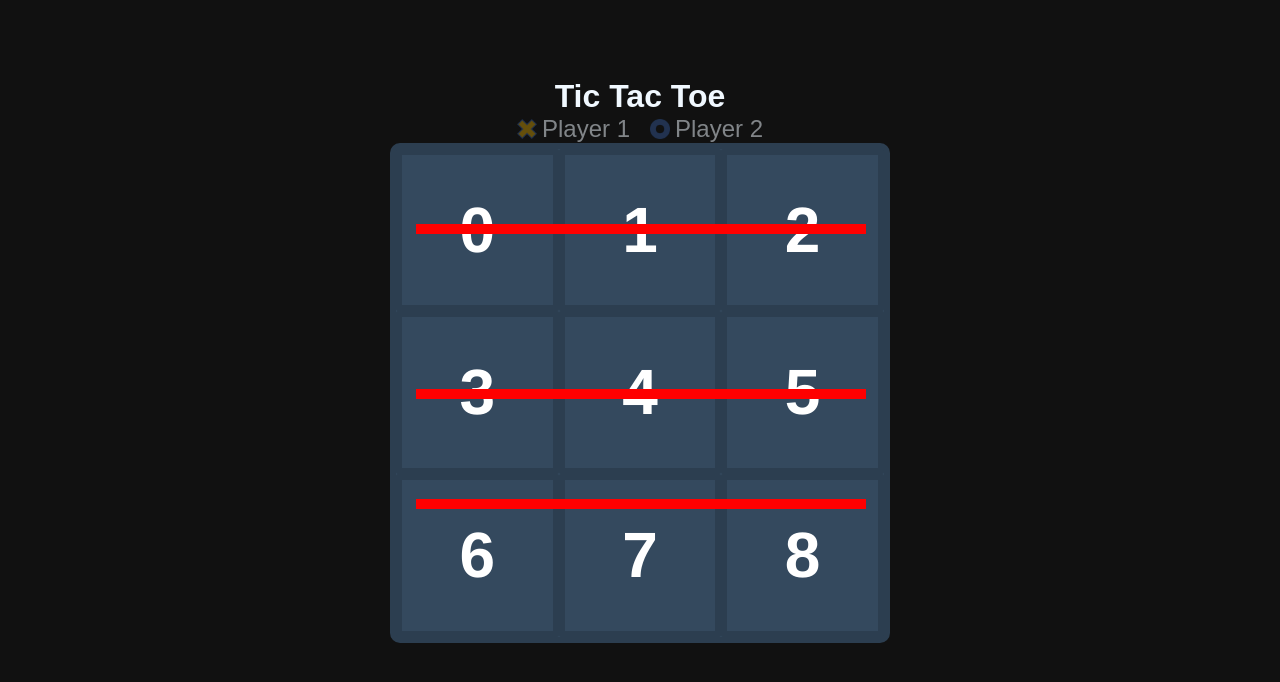
Repository: richardlieknis/tictactoe
Page: index.html
The author's editor kept a copy of each file at every save. The page is drawn from the files as they stood at one save, then again after the next save.
The browser window is 1280 px wide. The pictures show the whole page.

Above is the page before, as saved 2022-12-08 14:33:27.

After the next save:
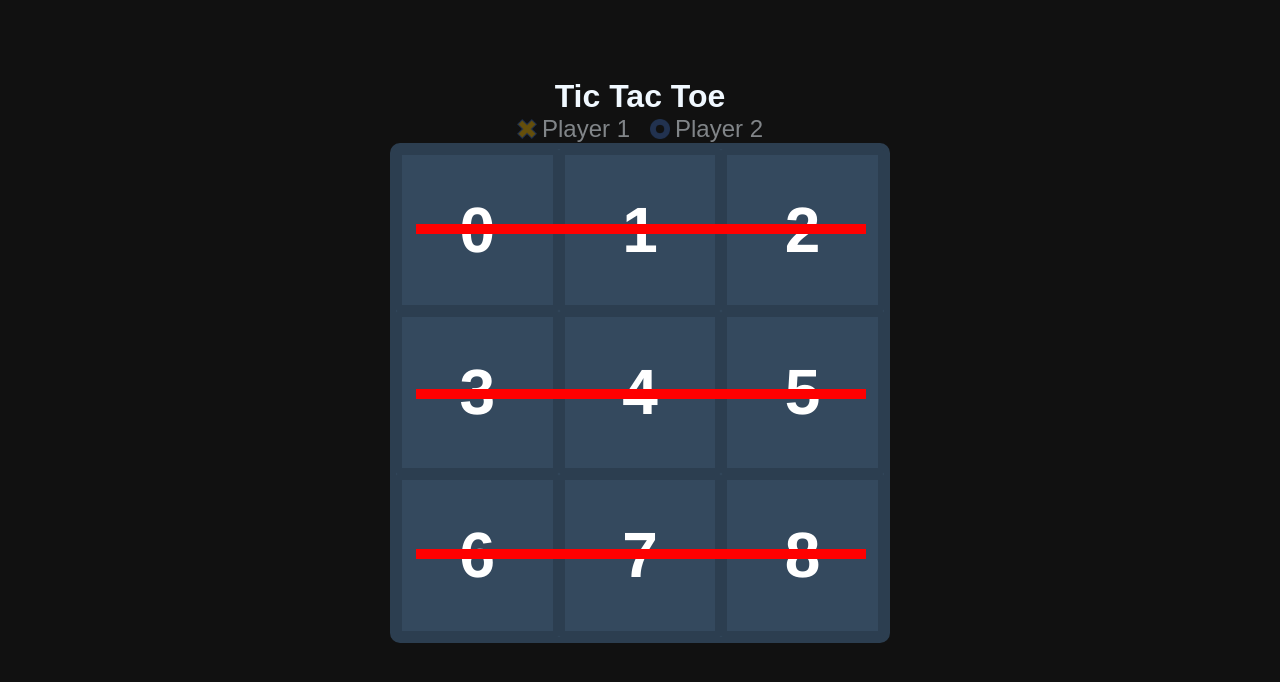
Saved 7 s later.
--- a/index.html
+++ b/index.html
@@ -36,7 +36,7 @@
             <div class="lines">
                 <div class="line" style="top: 75px; left: 20px"></div>
                 <div class="line" style="top: 240px; left: 20px"></div>
-                <div class="line" style="top: 350px; left: 20px"></div>
+                <div class="line" style="top: 400px; left: 20px"></div>
                 <div class="line" style="top: 75px; left: 20px"></div>
                 <div class="line" style="top: 75px; left: 20px"></div>
                 <div class="line" style="top: 75px; left: 20px"></div>
